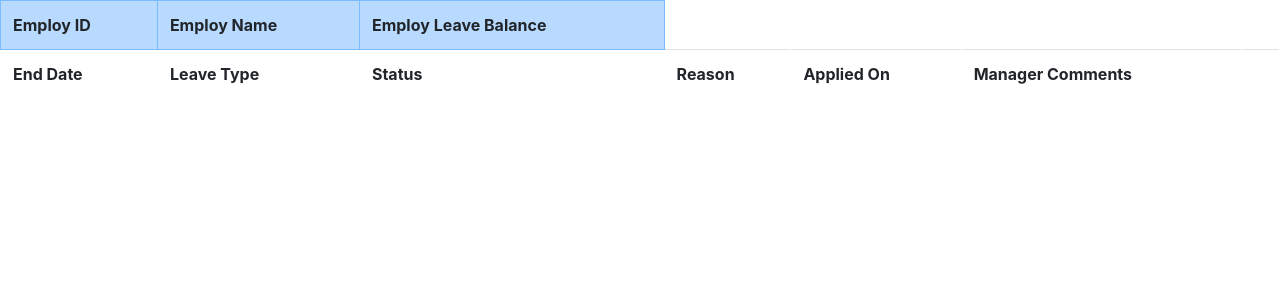
Repository: rkmr039/EMS_PROJECT
Page: http://localhost/EMS/EmpLeaves.jsp
These files come from the project's save history. The page is drawn as it stood at one moment and after the next save; the edit follows.
The browser window is 1280 px wide. The pictures show the whole page.
The page is served by Tomcat 9.

Above is the page before, as saved 2019-08-27 11:37:48.
Console error: TypeError: Cannot read properties of undefined (reading 'fn')

After the next save:
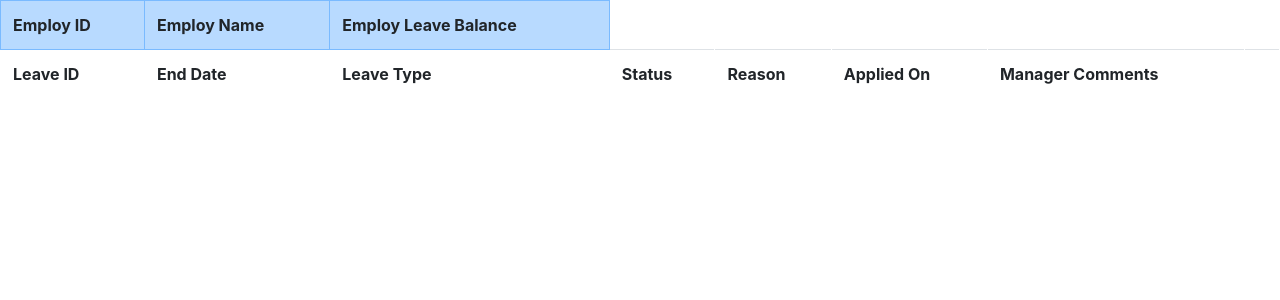
Saved 39 s later.
--- a/EMS/WebContent/EmpLeaves.jsp
+++ b/EMS/WebContent/EmpLeaves.jsp
@@ -17,6 +17,7 @@
 			<th>Employ Leave Balance</th>
 		</tr>
 		<tr>
+			<th>Leave ID</th>
 			<th>End Date</th>
 			<th>Leave Type</th>
 			<th>Status</th>
